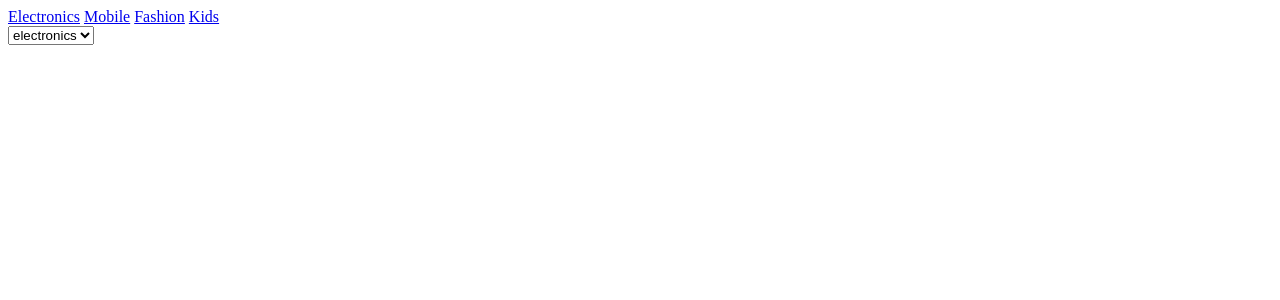
Repository: deekshasethi02/CoreJava
Page: PersonalizedCookieDemoApp/WebContent/topCategory.html
The author's editor kept a copy of each file at every save. The page is drawn from the files as they stood at one save, then again after the next save.
The browser window is 1280 px wide. The pictures show the whole page.

Above is the page before, as saved 2018-10-29 14:43:39.

After the next save:
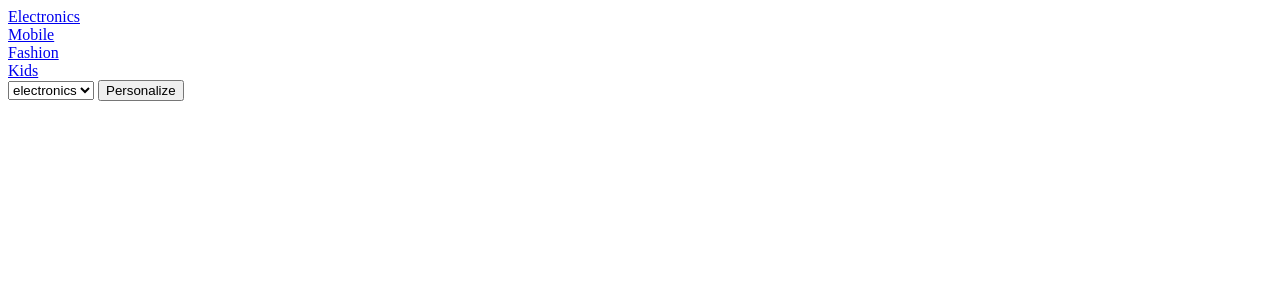
Saved 95 s later.
--- a/PersonalizedCookieDemoApp/WebContent/topCategory.html
+++ b/PersonalizedCookieDemoApp/WebContent/topCategory.html
@@ -5,18 +5,19 @@
 <title>Insert title here</title>
 </head>
 <body>
-	<a href="electronics.html">Electronics</a>
-	<a href="mobile.html">Mobile</a>
-	<a href="fashion.html">Fashion</a>
-	<a href="kids.html">Kids</a>
+	<a href="electronics.html">Electronics</a><br>
+	<a href="mobile.html">Mobile</a><br>
+	<a href="fashion.html">Fashion</a><br>
+	<a href="kids.html">Kids</a><br>
 	<form action="PersonalizeCategory" method="post">
 		<select name="category">
 			<option value="electronics">electronics</option>
-			<option value="mobile">Mobile</option>
-			<option value="fashion">Fashion</option>
-			<option value="kids">Kids</option>
+			<option value="mobile">mobile</option>
+			<option value="fashion">fashion</option>
+			<option value="kids">kids</option>
 
 		</select>
+<input type = "submit" value = "Personalize"/>
 
 	</form>
 </body>
